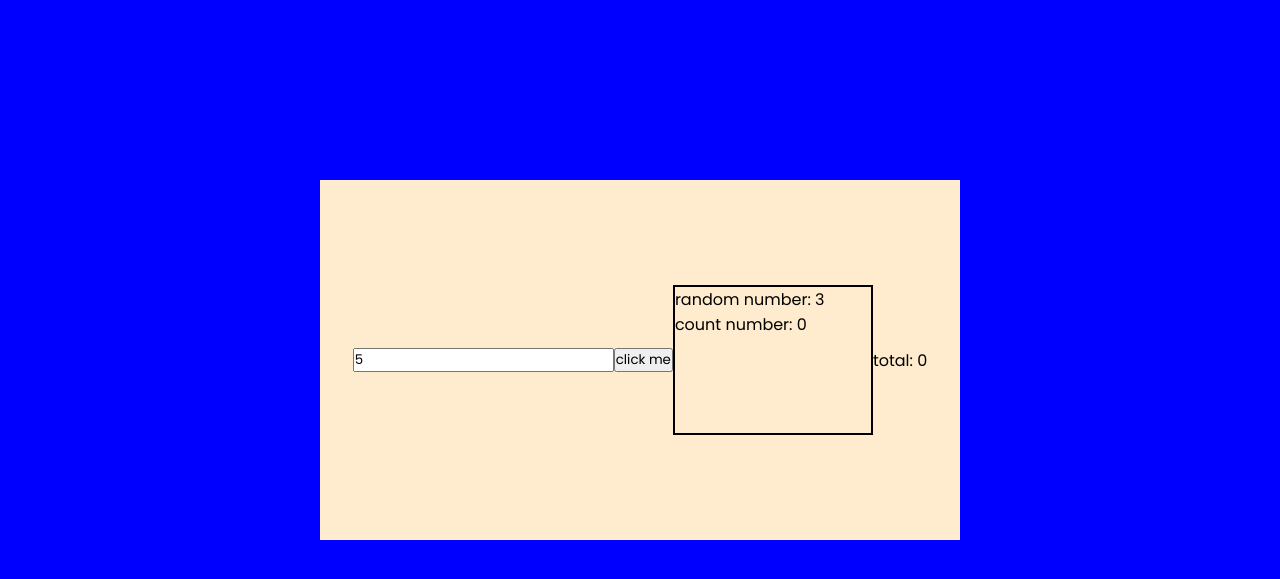
Repository: NarekTovmasyan/promise
Page: inex.html
These files come from the project's save history. The page is drawn as it stood at one moment and after the next save; the edit follows.
The browser window is 1280 px wide. The pictures show the whole page.
Empty fields were first filled with sample values (such as "Sample", 5 or name@example.com).
After loading, the first visible `#button` was clicked once.

Above is the page before, as saved 2022-02-22 17:55:37.

After the next save:
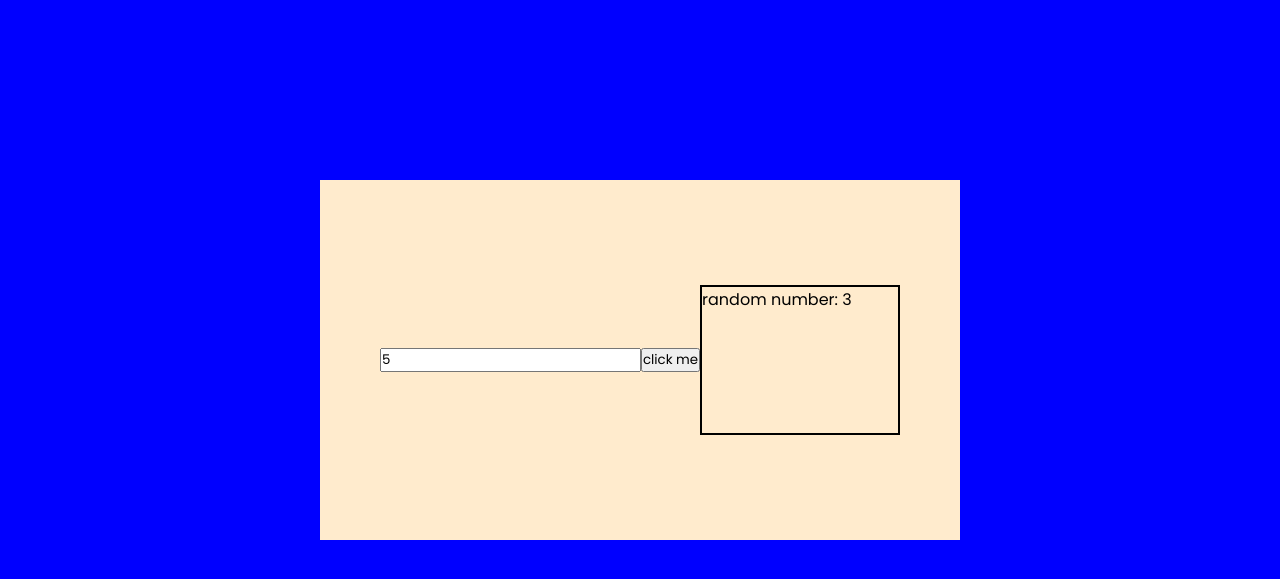
Console error: ReferenceError: inputValue is not defined
Saved 2 min 15 s later.
--- a/script.js
+++ b/script.js
@@ -68,6 +68,13 @@ button.addEventListener("click", function() {
         inputValue = Number(value.value);
         p1Text.innerText = "random number: " + random;
     }
+
+    totalCount += count;
+    p2Text.innerText = `count number: ${count}`;
+    sum.innerText = `total: ${totalCount}`;
+})
+
+let a = new Promise(function(resolve, reject) {
     let count = 0;
     if (inputValue === random) {
         count += 2;
@@ -76,11 +83,4 @@ button.addEventListener("click", function() {
     } else {
         count += 0;
     }
-    totalCount += count;
-    p2Text.innerText = `count number: ${count}`;
-    sum.innerText = `total: ${totalCount}`;
 })
-
-let a = new Promise(function(resolve, reject) {
-
-})
